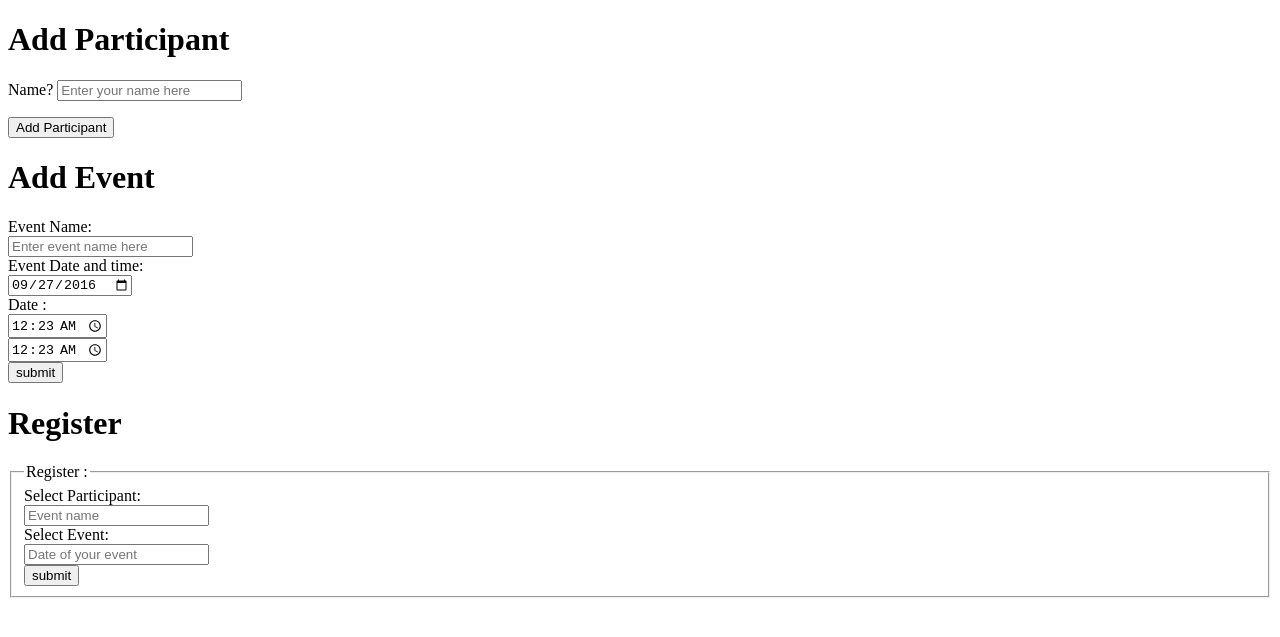
Repository: erickzhao/Event-Registration-Application
Page: http://localhost/
An editor plug-in stored every save of this project. The page is shown before and after the next save, followed by the edit.
The browser window is 1280 px wide. The pictures show the whole page.
The page is run by PHP 8.4 with error messages shown; the project is at /var/www/html/.

Above is the page before, as saved 2016-09-28 03:37:47.

### workspace-web/EventRegistration/EventRegistration/index.php
<!DOCTYPE html>
<html>
	<head>
		<meta charset="UTF-8">
		<title> Event Registration </title>
		<style>
			.error {color:#FF0000;}
		</style>
	</head>
	<body>
		<?php
			require_once "model/Participant.php";
			session_start();
		?>
		<h1> Add Participant </h1>
		<form action = "addparticipant.php" method="post">
			<p>Name? <input type="text" name="participant_name" placeholder="Enter your name here"/>
			<span class="error">
			<?php
			if (isset($_SESSION['errorParticipantName']) && !empty($_SESSION['errorParticipantName'])){
				echo " * " . $_SESSION["errorParticipantName"];
			}
			?>
			</span></p>
			<p><input type="submit" value="Add Participant"/></p>
		</form>

		<h1>Add Event</h1>
		<form action = "addevent.php" method="post">
			Event Name:<br>
			<input type="text" name="event_name" placeholder="Enter event name here"/><br>
			Event Date and time:<br>
			<input type="date" name="event_date" value="<?php echo date('Y-m-d'); ?>" /><br>
			Date :<br> <!--Add better way to select the date-->
			<input type="time" name="starttime" value="<?php echo date('H:i'); ?>" /> <br>
			<input type="time" name="endtime" value="<?php echo date('H:i'); ?>" /> <br>
			<!-- Also add start/end times-->
			<input type="submit" value="submit">
		</form>

		<h1>Register</h1>
		<form action = "register.php"> <!--Insert the php file behind this-->
			<fieldset>
				<legend>Register :</legend>
				Select Participant: <br>
				<!--Select participant/event has to be a drop-down not a text field -->
				<input type="text" name="notHandledLikeThis" placeholder="Event name"><br>
				Select Event: <br> <!--Add better way to select the date-->
				<input type="text" name="notHandledLikeThis" placeholder="Date of your event"><br>
				<input type="submit" value="submit">
			</fieldset>
		</form>

	</body>
</html>

### workspace-web/EventRegistration/EventRegistration/model/Participant.php
<?php
/*PLEASE DO NOT EDIT THIS CODE*/
/*This code was generated using the UMPLE 1.22.0.5146 modeling language!*/

class Participant
{

  //------------------------
  // MEMBER VARIABLES
  //------------------------

  //Participant Attributes
  private $name;

  //------------------------
  // CONSTRUCTOR
  //------------------------

  public function __construct($aName)
  {
    $this->name = $aName;
  }

  //------------------------
  // INTERFACE
  //------------------------

  public function setName($aName)
  {
    $wasSet = false;
    $this->name = $aName;
    $wasSet = true;
    return $wasSet;
  }

  public function getName()
  {
    return $this->name;
  }

  public function equals($compareTo)
  {
    return $this == $compareTo;
  }

  public function delete()
  {}

}
?>

After the next save:
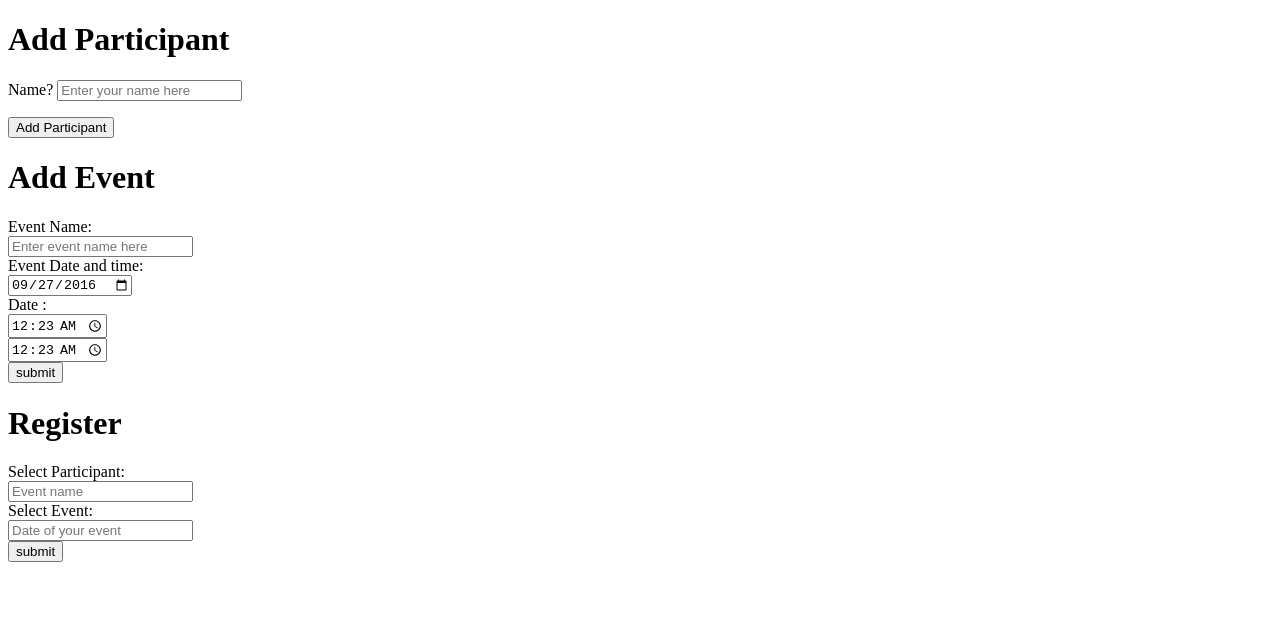
Saved 14 s later.
--- a/workspace-web/EventRegistration/EventRegistration/index.php
+++ b/workspace-web/EventRegistration/EventRegistration/index.php
@@ -39,16 +39,13 @@
 		</form>
 
 		<h1>Register</h1>
-		<form action = "register.php"> <!--Insert the php file behind this-->
-			<fieldset>
-				<legend>Register :</legend>
+		<form action = "register.php">
 				Select Participant: <br>
 				<!--Select participant/event has to be a drop-down not a text field -->
 				<input type="text" name="notHandledLikeThis" placeholder="Event name"><br>
 				Select Event: <br> <!--Add better way to select the date-->
 				<input type="text" name="notHandledLikeThis" placeholder="Date of your event"><br>
 				<input type="submit" value="submit">
-			</fieldset>
 		</form>
 
 	</body>
